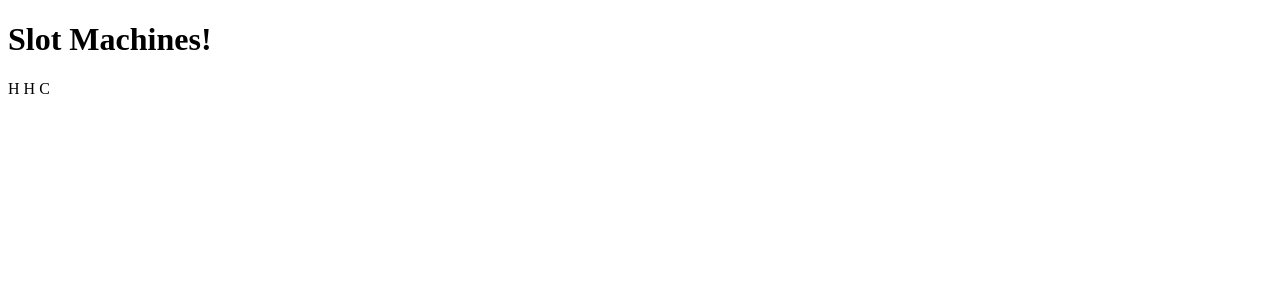
Repository: randy918/colt-react
Page: index.html
The author's editor kept a copy of each file at every save. The page is drawn from the files as they stood at one save, then again after a run of saves.
The browser window is 1280 px wide. The pictures show the whole page.

Above is the page before, as saved 2023-01-30 20:30:19.

After the next 3 saves:
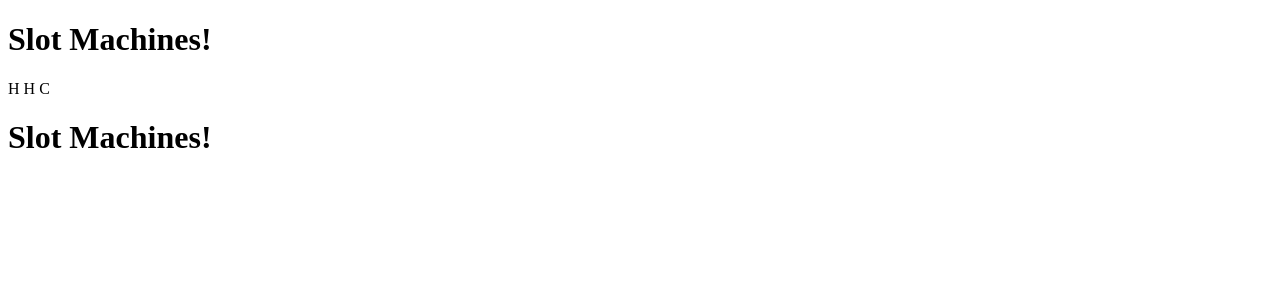
The 3 saves are shown as one change because they came seconds apart.
The last was saved 11 s later.
--- a/SlotMachine.js
+++ b/SlotMachine.js
@@ -21,7 +21,7 @@
 
 				<p>{s1} {s2} {s3}</p>
 
-                <h1>{(s1 === s2) && (s1 === s3)}</h1>
+                <h1>{(s1 === s2) && (s1 === s3) ? sTitle : sTitle}</h1>
 
 
 			</div>
